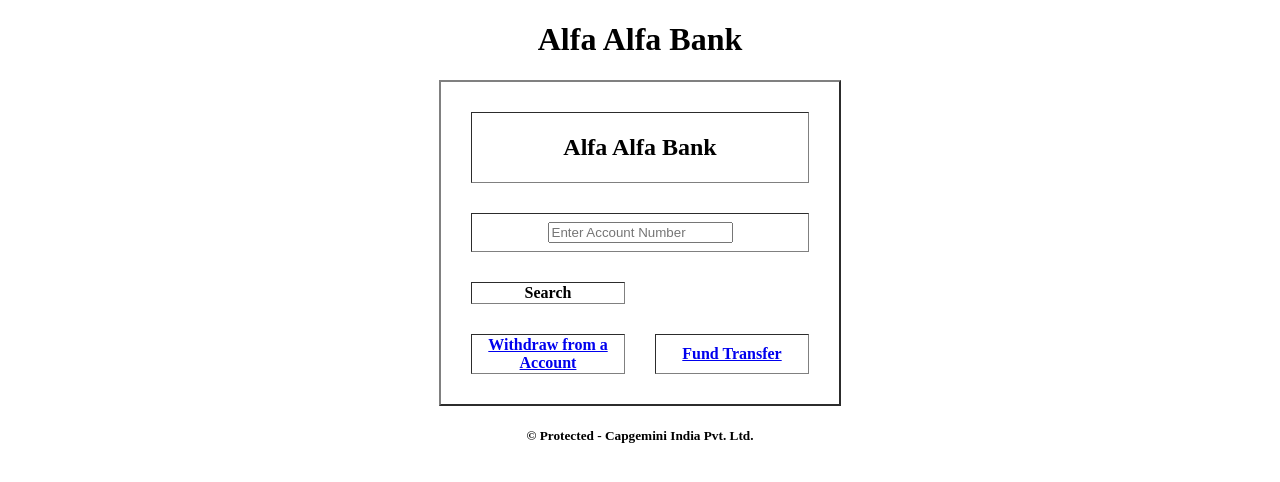
Repository: Rccalfa123/OnlineBankingApp
Page: http://localhost/AlfaAlfaBankApp/searchAccount.jsp
These files come from the project's save history. The page is drawn as it stood at one moment and after the next save; the edit follows.
The browser window is 1280 px wide. The pictures show the whole page.
The page is served by Tomcat 9.

Above is the page before, as saved 2018-08-10 11:16:00.

After the next save:
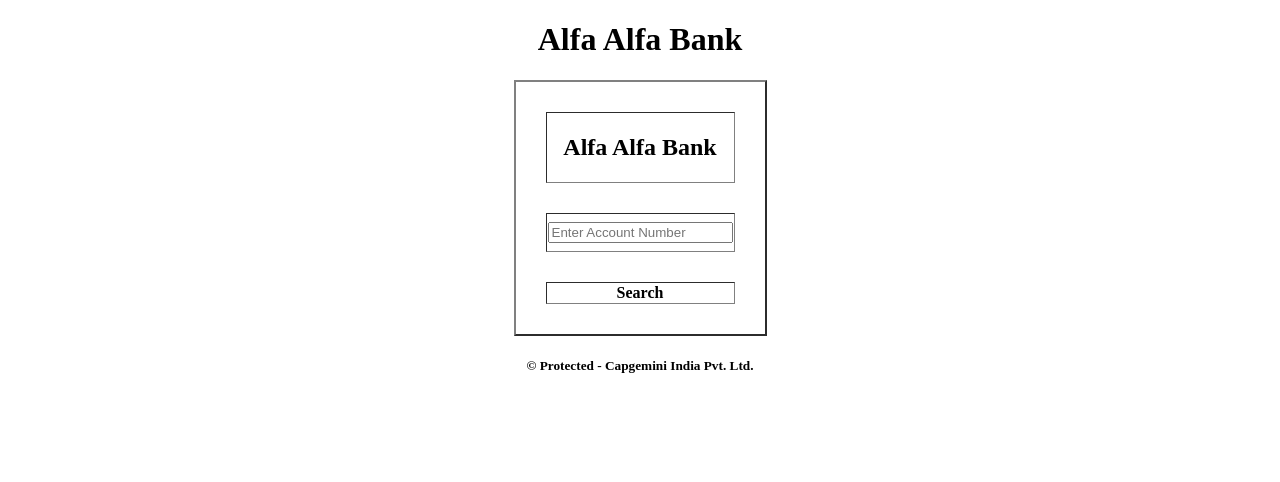
Saved 7 s later.
--- a/AlfaAlfaBankApp/WebContent/searchAccount.jsp
+++ b/AlfaAlfaBankApp/WebContent/searchAccount.jsp
@@ -23,11 +23,6 @@
 				<tr>
 					<th> Search</th>
 				</tr>
-
-				<tr>
-					<th height="20" width="150"><a href = "withdrawFromAccount.jsp"> Withdraw from a Account</a></th>
-					<th height="20" width="150"><a href = "fundTransfer.jsp"> Fund Transfer</a></th>
-				</tr>
 			</table>
 		</div>
 
